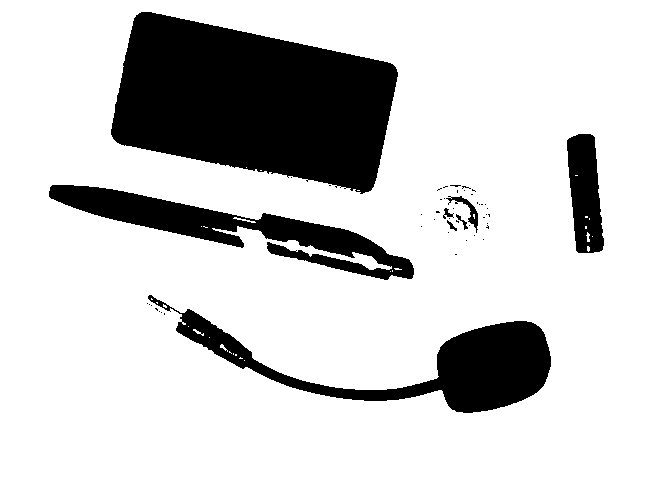
Repository: kaiofbgarcia/OpenCV
Script's output: python newCoin.py
The author's editor kept a copy of each file at every save. The script's output is drawn from the files as they stood at one save, then again after the next save.
Random numbers start from a fixed seed. It also reads img/img1.jpg.

Above is the script's output before, as saved 2022-06-28 19:57:15.

After the next save:
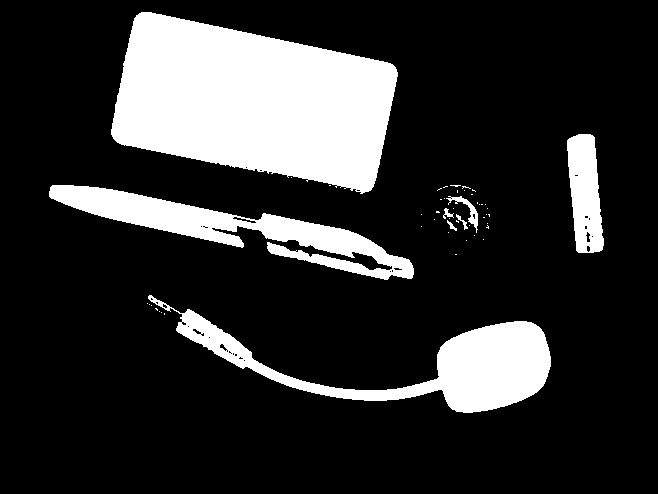
Saved 8 s later.
--- a/newCoin.py
+++ b/newCoin.py
@@ -21,7 +21,7 @@
 
 print("Numero de Objetos Encontrados: ",cont)
 
-cv2.imshow("Dilatation", binary)
+cv2.imshow("Dilatation", binary1)
 
 
 cv2.waitKey(0)
